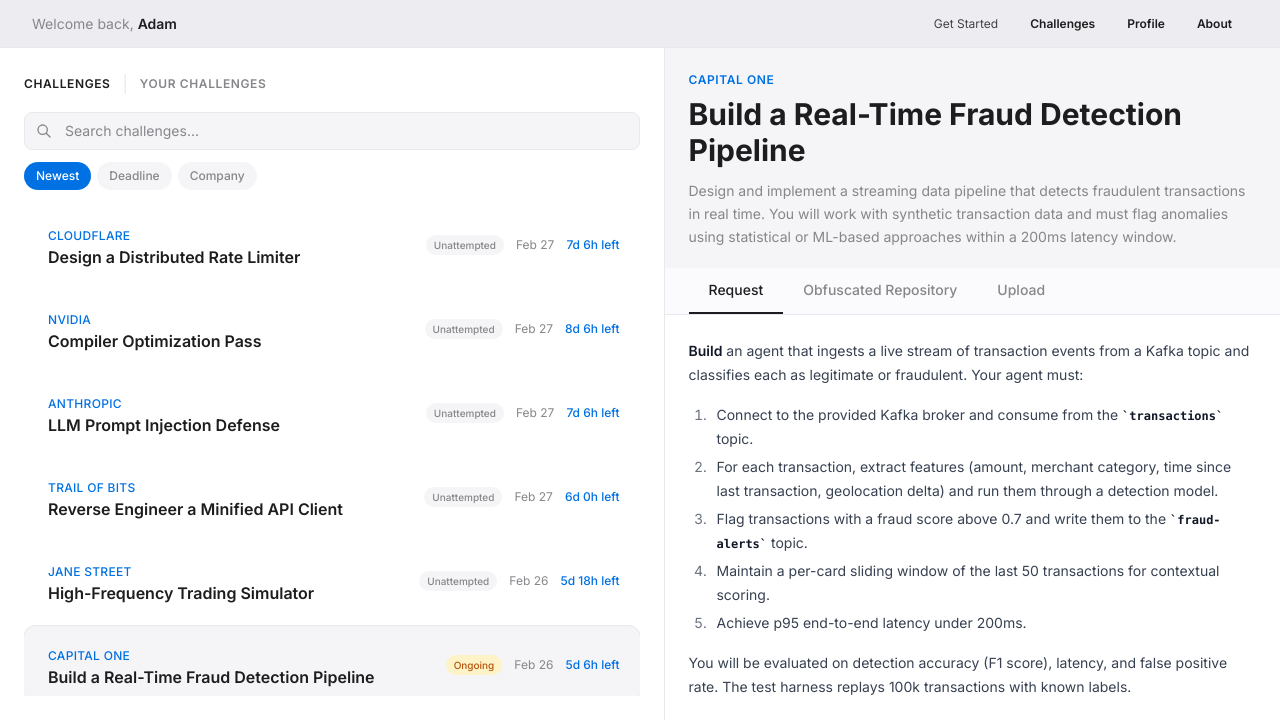
Repository: Ypout07/raikes-hacks
Page: / (app in web/)
The author's editor kept a copy of each file at every save. The page is drawn from the files as they stood at one save, then again after the next save.
The browser window is 1280 px wide. The pictures show the whole page.
An inner scrolling area shows only its first screen. The project was rebuilt for these pictures with package versions that can differ from the ones it lists, and the page was loaded fresh each time. The framework's server and built-in components were replaced by stand-ins that run in the browser. Also part of the build but not shown: web/next.config.ts.

Above is the page before, as saved 2026-02-28 21:55:33.

After the next save:
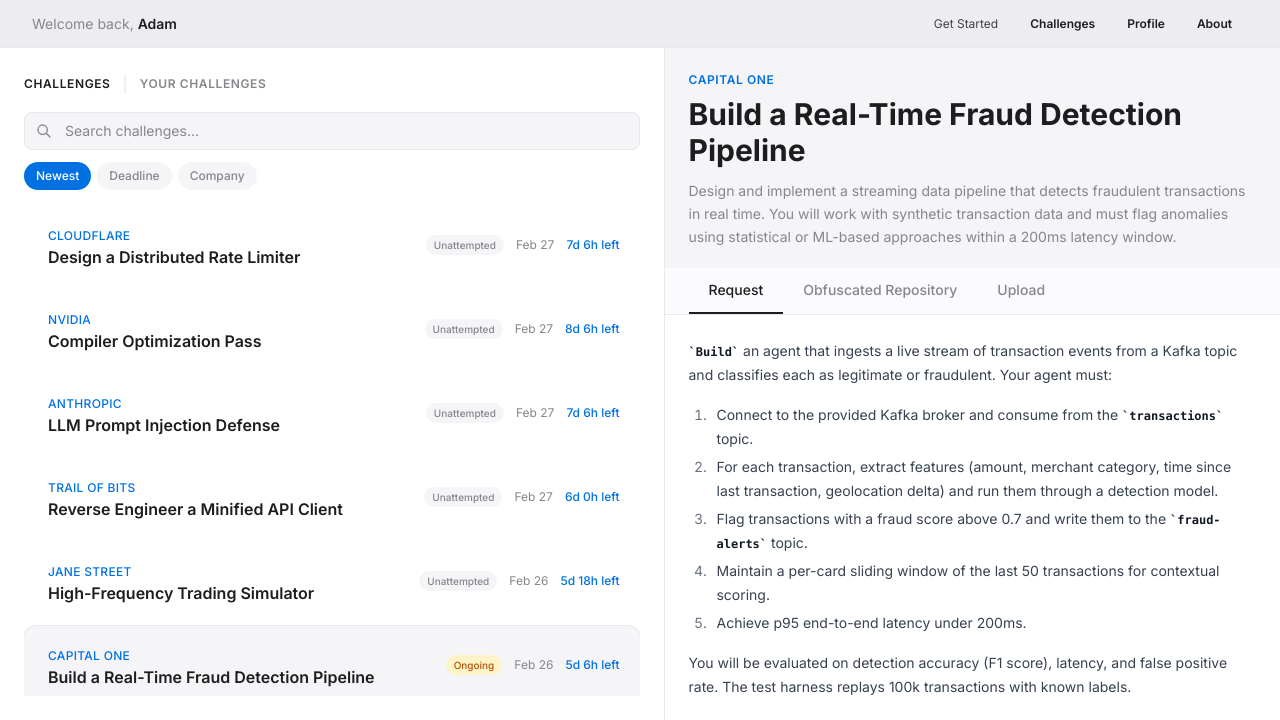
Saved 40 s later.
--- a/web/src/lib/mockChallenges.ts
+++ b/web/src/lib/mockChallenges.ts
@@ -8,7 +8,7 @@
         description:
             "Design and implement a streaming data pipeline that detects fraudulent transactions in real time. You will work with synthetic transaction data and must flag anomalies using statistical or ML-based approaches within a 200ms latency window.",
         request:
-            "**Build** an agent that ingests a live stream of transaction events from a Kafka topic and classifies each as legitimate or fraudulent. Your agent must:\n\n1. Connect to the provided Kafka broker and consume from the `transactions` topic.\n2. For each transaction, extract features (amount, merchant category, time since last transaction, geolocation delta) and run them through a detection model.\n3. Flag transactions with a fraud score above 0.7 and write them to the `fraud-alerts` topic.\n4. Maintain a per-card sliding window of the last 50 transactions for contextual scoring.\n5. Achieve p95 end-to-end latency under 200ms.\n\nYou will be evaluated on detection accuracy (F1 score), latency, and false positive rate. The test harness replays 100k transactions with known labels.",
+            "`Build` an agent that ingests a live stream of transaction events from a Kafka topic and classifies each as legitimate or fraudulent. Your agent must:\n\n1. Connect to the provided Kafka broker and consume from the `transactions` topic.\n2. For each transaction, extract features (amount, merchant category, time since last transaction, geolocation delta) and run them through a detection model.\n3. Flag transactions with a fraud score above 0.7 and write them to the `fraud-alerts` topic.\n4. Maintain a per-card sliding window of the last 50 transactions for contextual scoring.\n5. Achieve p95 end-to-end latency under 200ms.\n\nYou will be evaluated on detection accuracy (F1 score), latency, and false positive rate. The test harness replays 100k transactions with known labels.",
         postedAt: "2026-02-26T10:00:00Z",
         deadline: "2026-03-05T23:59:00Z",
         status: "ongoing",
